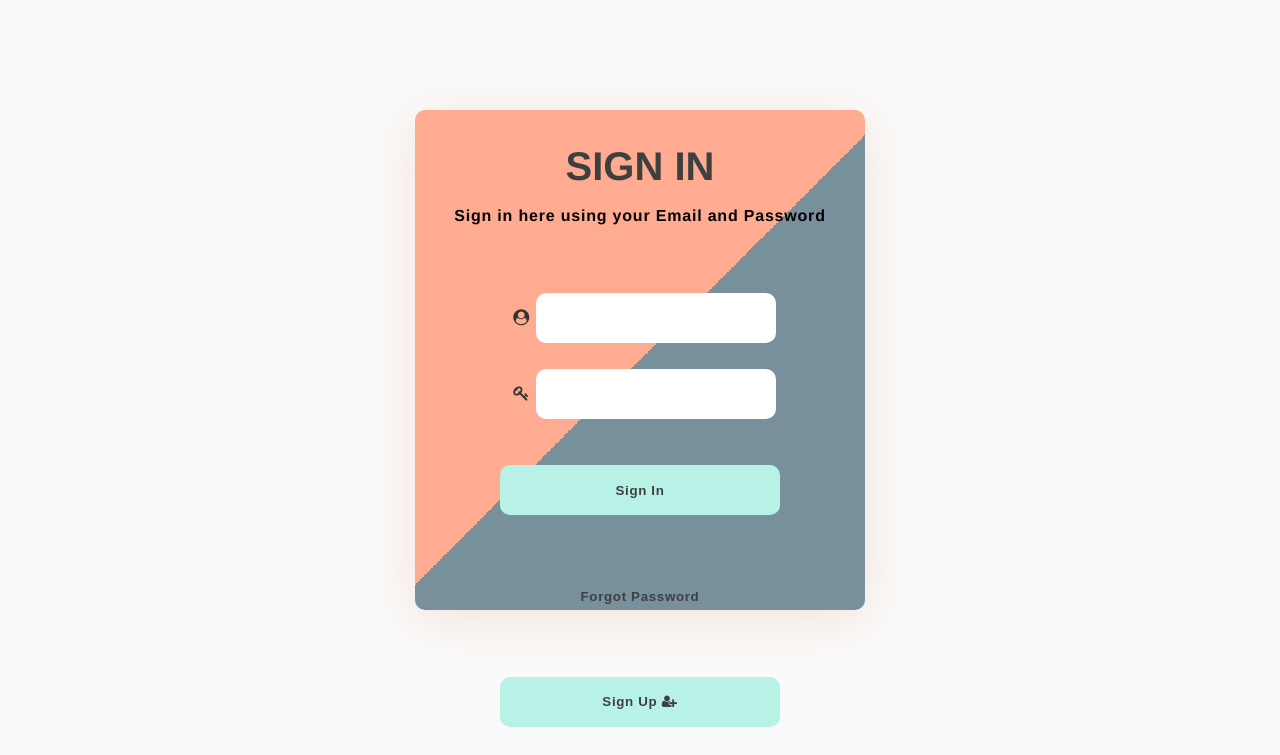
Repository: DhanushPrabha22/Zoho-Mini-Project
Page: http://localhost/ToDo_List/
These files come from the project's save history. The page is drawn as it stood at one moment and after the next save; the edit follows.
The browser window is 1280 px wide. The pictures show the whole page.
Some web libraries are served in a nearby version. The page is served by Tomcat 9. Other server files are loaded and not shown.

Above is the page before, as saved 2021-03-17 06:01:50.

### Todo Eclipse/ToDo_List/WebContent/sign_in.jsp
<!--

index.jsp

java version "1.8.0_45"

Created By Dhanush L

-->

<%@taglib uri="http://struts.apache.org/tags-html" prefix="html"%>

<!DOCTYPE html>
<html>
<head>
	<title>Sign in for your Tasks</title>
	<link rel="stylesheet" type="text/css" href="styles/sign_in.css" />
	<link rel="stylesheet" href="https://cdnjs.cloudflare.com/ajax/libs/font-awesome/4.7.0/css/font-awesome.min.css">
	<script src="https://ajax.googleapis.com/ajax/libs/jquery/2.1.1/jquery.min.js"></script>
	<script src="scripts/sign_in.js"></script>
</head>
<body>
	<div class="main-div">
		<!--   con = Container  for items in the form-->
		<div class="con">
			<!--     Start  header Content  -->
			<header class="head-form">
				<h2>SIGN IN</h2>
				<!--     A welcome message or an explanation of the login form -->
				<br>
				<p><b>Sign in here using your Email and Password</b></p>
			</header>
			<br>
			<div class="field-set">
				<html:form action="signingin" method="post">
					<!--user name -->
					<html:errors property="email_e"/><br>
					<span class="input-item"><i class="fa fa-user-circle"></i></span>
					<html:text styleClass="form-input" property="email"/><br>
					<!--Password -->
					<html:errors property="password_e"/><br>
					<span class="input-item"><i class="fa fa-key"></i></span>
					<html:password styleClass="form-input" property="password"/>
					<br><br>
					<html:submit styleClass="sign-up button" value="Sign In"/>
				</html:form>
				<!--   other buttons -->
				<div class="other">
					<!--      Forgot Password button-->
					<button class="button frgt-pass" onclick="frogotPwd()">Forgot Password</button>
					<!--     Sign Up button -->
					<button class="button sign-up" onclick="create_account()">Sign Up
					<!--         Sign Up font icon -->
					<i class="fa fa-user-plus" aria-hidden="true"></i>
					</button>
					<!--      End Other the Division -->
				</div>
			</div>
		<!--   End Container  -->
		</div>
	<!-- End Form -->
	</div>
</body>
</html>

### Todo Eclipse/ToDo_List/WebContent/styles/sign_in.css

* {
    padding: 0;
    margin: 0;
    box-sizing: border-box;
}

body {
  font-family: Helvetica, san-serif;
  overflow-x: hidden;
  overflow-y: hidden;
  background-color: #fafafa;
}

.main-div{
	box-shadow: 0 9px 50px hsla(20, 67%, 75%, 0.31);
	position: absolute;
	margin: auto;
  	top: 0;
  	right: 0;
  	bottom: 0;
  	left: 0;
	width: 450px;
	background-image: linear-gradient(-225deg, #FFAB91 50%, #78909C 50%);
    height: 500px;
	text-align:center;
    border-radius: 10px;
    padding: 2%;
}

.field-set{
	margin-top: -15px;
}



/* the header form form */
header {
    margin: 2% auto 10% auto;
    text-align: center;
}
/* Login title form form */
header h2 {
    font-size: 250%;
    color: #3e403f;
}
/*  A welcome message or an explanation of the login form */
header p {letter-spacing: 0.05em;}


.input-item {
    background: transparent;
    color: #333;
    padding: 14.5px 0px 15px 9px;
    margin-right: 2px;
}


/* inputs form  */
.form-input{
    width: 240px;
    height: 50px;
    margin-top: 2%;
    padding: 15px;
    font-size: 16px;
    font-family: 'Abel', sans-serif;
    color: #5E6472;
    outline: none;
    border: none;
    border-radius: 10px;
    transition: 0.2s linear;

}

.form-input:focus {
    transform: translateX(-2px);
    border-radius: 5px;
}


.button {
    display: inline-block;
    color: #3e403f;

    width: 280px;
    height: 50px;

    padding: 0 20px;
    background: #fff;
    border-radius: 10px;

    outline: none;
    border: none;

    cursor: pointer;
    text-align: center;
    transition: all 0.2s linear;
    font-weight: bold;
    margin: 7% auto;
    letter-spacing: 0.05em;
}
/* Submits */
.submits {
    width: 48%;
    display: inline-block;
    float: left;
    margin-left: 2%;
}

/* Forgot Password button FAF3DD  */
.frgt-pass {background: transparent;}

/*     Sign Up button  */
.sign-up {background: #B8F2E6;}


/* buttons hover */
.button:hover {
    transform: translatey(3px);
    box-shadow: none;
}

/* buttons hover Animation */
.button:hover {
    animation: ani9 0.4s ease-in-out infinite alternate;
}
@keyframes ani9 {
    0% {
        transform: translateY(3px);
    }
    100% {
        transform: translateY(5px);
    }
}

Loaded but not shown: Todo Eclipse/ToDo_List/WebContent/scripts/sign_in.js (no copy from this time; the picture is the same without it)

After the next save:
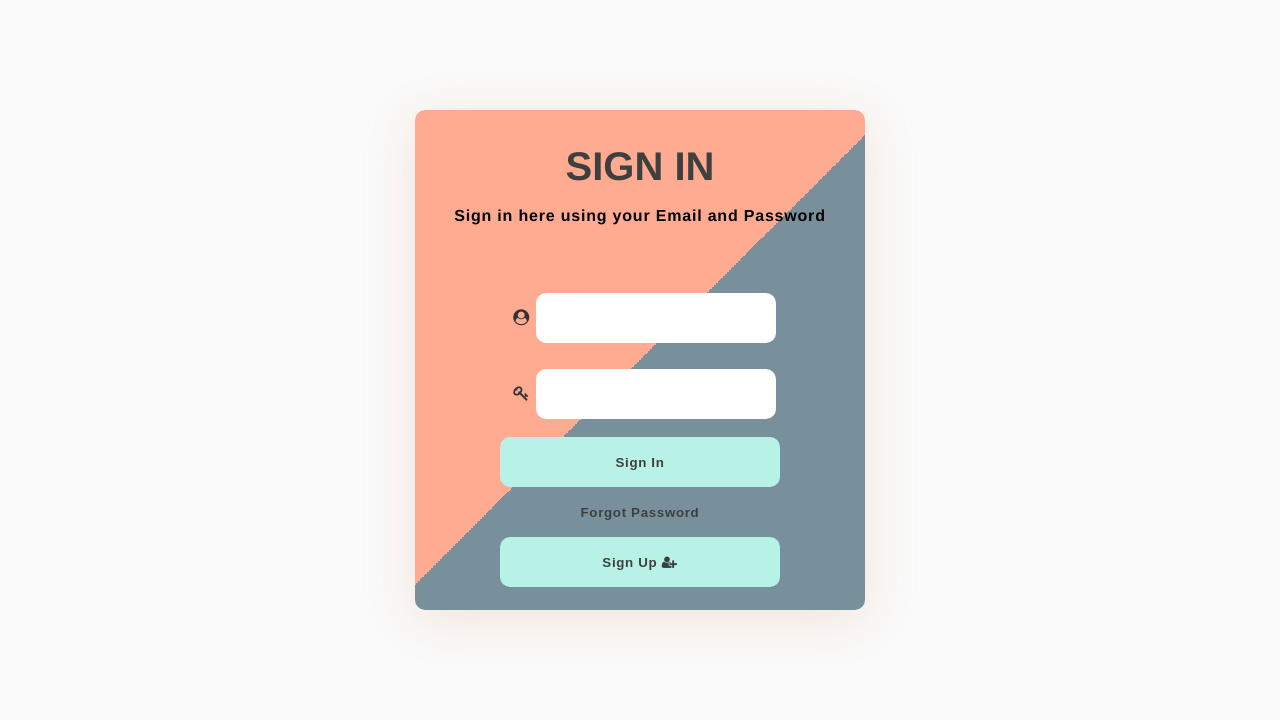
Saved 38 s later.
--- a/Todo Eclipse/ToDo_List/WebContent/styles/sign_in.css
+++ b/Todo Eclipse/ToDo_List/WebContent/styles/sign_in.css
@@ -96,7 +96,7 @@ header p {letter-spacing: 0.05em;}
     text-align: center;
     transition: all 0.2s linear;
     font-weight: bold;
-    margin: 7% auto;
+    margin: 0 auto;
     letter-spacing: 0.05em;
 }
 /* Submits */
